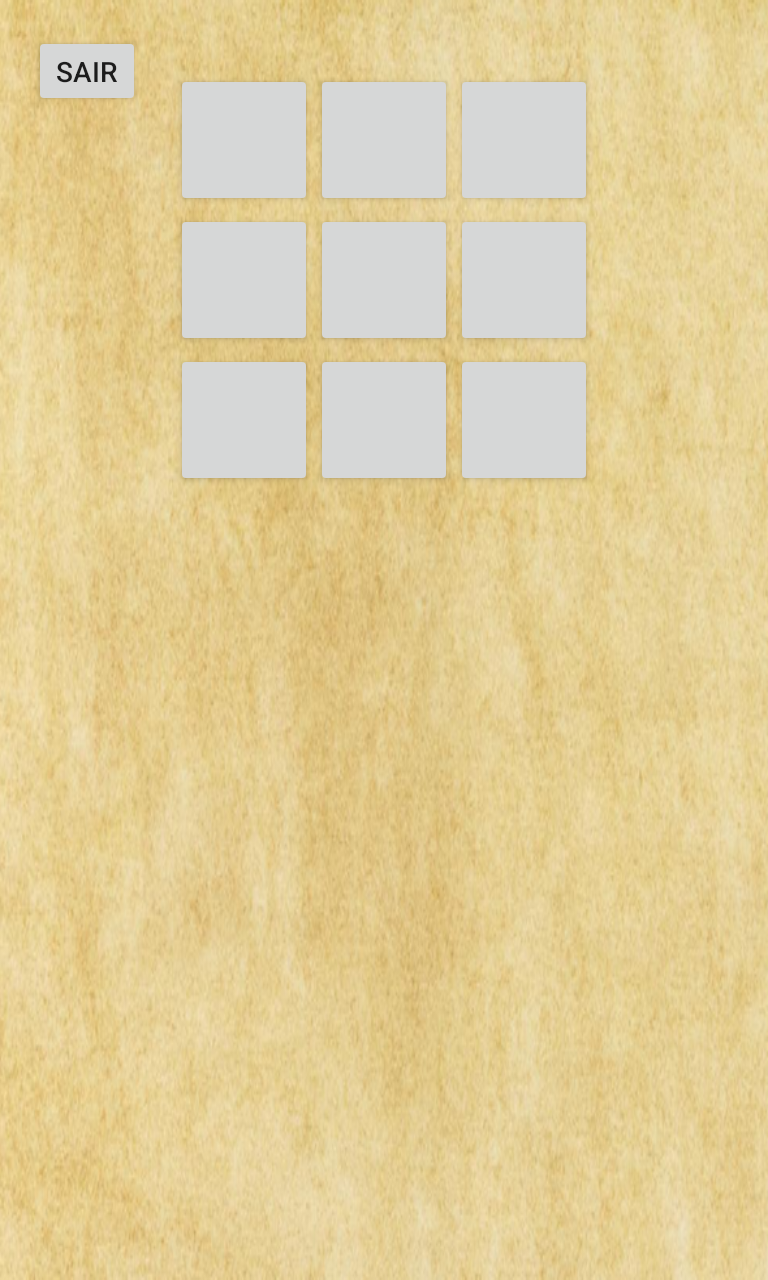
Repository: dtakiy/jogovelha
Layout: games/res/layout/activity_main.xml
The author's editor kept a copy of each file at every save. The layout is drawn from the files as they stood at one save, then again after the next save.
It is drawn on a 768 x 1280 px phone screen (xhdpi) without system bars, with theme AppTheme; the app's code is not run.

Above is the layout before, as saved 2014-09-17 18:33:14.

After the next save:
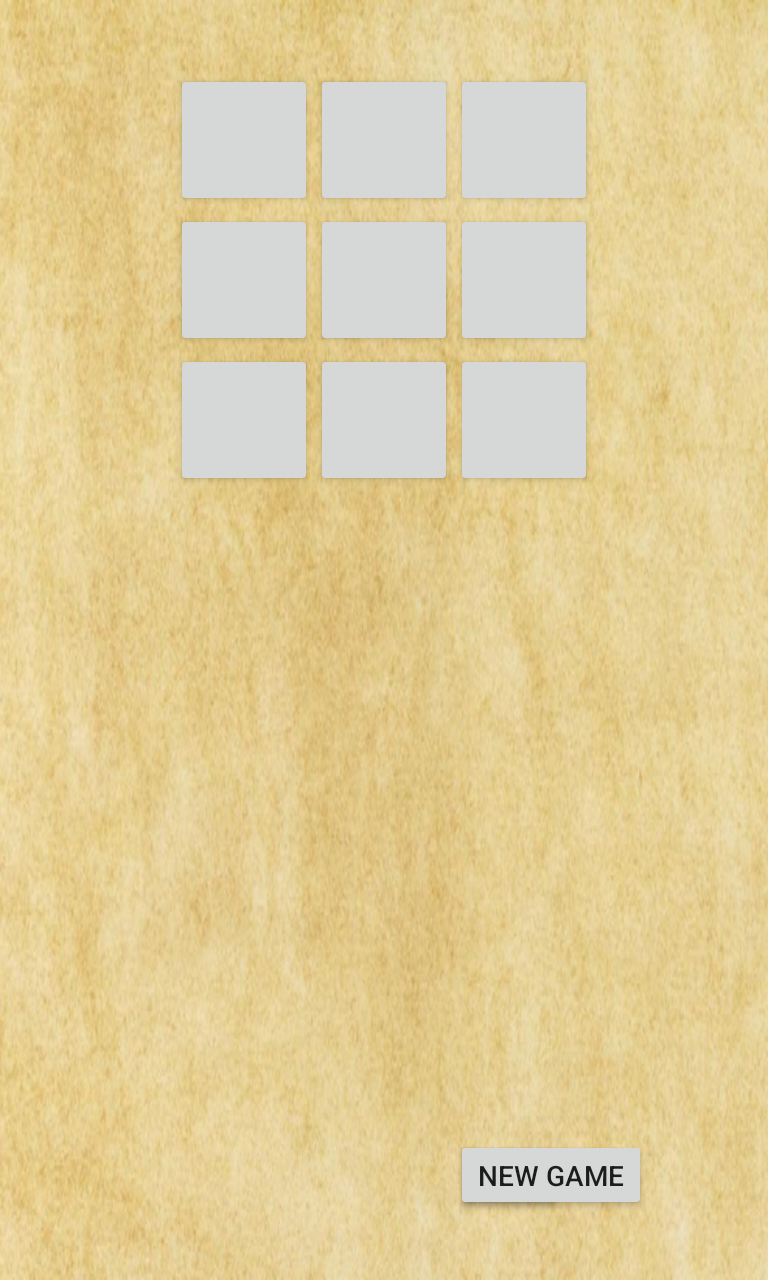
Saved 2 min 4 s later.
--- a/games/res/layout/activity_main.xml
+++ b/games/res/layout/activity_main.xml
@@ -103,11 +103,25 @@
 	    android:minWidth="70dip" />
 
 		<Button
-	    android:id="@+id/sair"
-	    android:layout_width="wrap_content"
-	    android:layout_height="wrap_content"
-	    android:minHeight="20dip"
-	    android:minWidth="20dip"
-	    android:text="@string/sair" />
+		    android:id="@+id/sair"
+		    android:layout_width="wrap_content"
+		    android:layout_height="wrap_content"
+		    android:layout_alignLeft="@+id/quadrado3"
+		    android:layout_alignParentBottom="true"
+		    android:layout_marginBottom="17dp"
+		    android:minHeight="20dip"
+		    android:minWidth="20dip"
+		    android:text="@string/sair"/>
+
+		<Button
+		    android:id="@+id/newgame"
+		    android:layout_width="wrap_content"
+		    android:layout_height="wrap_content"
+		    android:layout_alignLeft="@+id/quadrado3"
+		    android:layout_alignParentBottom="true"
+		    android:layout_marginBottom="17dp"
+		    android:minHeight="20dip"
+		    android:minWidth="20dip"
+		    android:text="@string/newgame"/>
 
 </RelativeLayout>
--- a/games/res/values/strings.xml
+++ b/games/res/values/strings.xml
@@ -5,5 +5,6 @@
     <string name="hello_world">Welcome to Tic Tac Game</string>
     <string name="action_settings">Settings</string>
     <string name="sair">Sair</string>
+    <string name="newgame">New Game</string>
 
 </resources>
